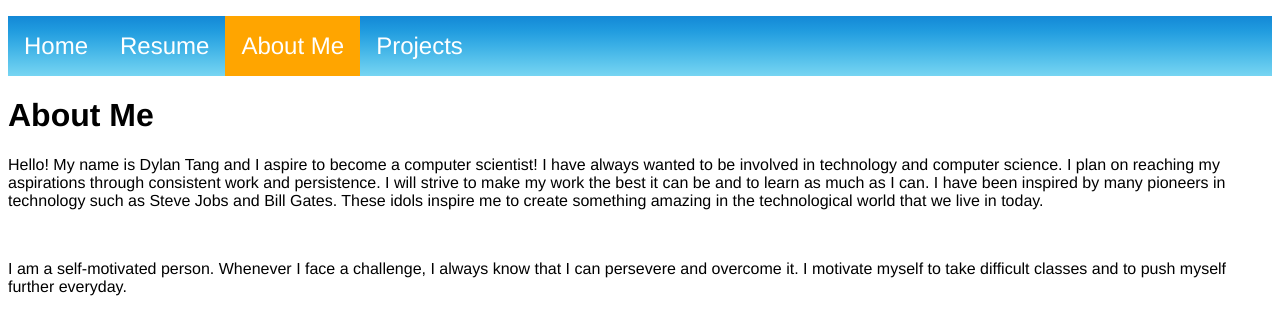
Repository: TangDylan/TangDylan.github.io
Page: aboutme.html
The author's editor kept a record of every edit. The page is drawn from the files as they stood at one moment, then again after the next edit.
The browser window is 1280 px wide. The pictures show the whole page.

Above is the page before.

### aboutme.html
<!DOCTYPE html>
<html>
    <head>

        <title>About Me</title>

        <link rel="stylesheet" type="text/css" href="style.css">

    </head>

    <body>

      <ul class="navbar">
        <li><a href="index.html">Home</a></li>
        <li><a href="resume.html">Resume</a></li>
        <li class="active"><a href="aboutme.html">About Me</a></li>
        <li class="dropdown">
          <div>Projects</div>
          <ul class="dropdown-content">
            <li><a href="project1.html">Project 1</a></li>
            <li><a href="project2.html">Project 2</a></li>
            <li><a href="project3.html">Project 3</a></li>

          </ul>

        </li>

      </ul>

        <h1>
          About Me
        </h1>
        <p font-size=12px>Hello! My name is Dylan Tang and I aspire to become a computer scientist! I have always wanted to be involved in technology and computer science. I plan on reaching my aspirations through consistent work and persistence. I will strive to make my work the best it can be and to learn as much as I can. I have been inspired by many pioneers in technology such as Steve Jobs and Bill Gates. These idols inspire me to create something amazing in the technological world that we live in today.</p>
        <br>
        <p> I am a self-motivated person. Whenever I face a challenge, I always know that I can persevere and overcome it. I motivate myself to take difficult classes and to push myself further everyday. </p>
    </body>

</html>

### style.css


          * {
            font-family:helvetica;
          }

          .navbar {
            list-style:none;
            background-image: linear-gradient(to bottom, #1388d6, #219cdf, #3bb0e6, #59c3ec, #77d5f2);
            overflow:hidden;
            padding:0;

          }

          .navbar a, .dropdown div {
            text-decoration:none;
            color:white;
            font-size:24px;
            padding: 16px;
            display:inline-block
          }

          .navbar li {
            float:left;
          }

          .navbar li:hover {
          background-color: #77d5f2;
          }

          .dropdown-content {
            list-style:none;
            padding:0;
            display:none;
            position:absolute;
            z-index:1;
            background-color:black;
          }

          .dropdown-content li {
            float:none;
          }

          .dropdown:hover .dropdown-content {
           display:block;
           background-image: linear-gradient(to bottom, #ffbf29, #ffc53f, #ffca52, #ffd063, #ffd573);
          }

          .active {
           background-color:orange;
          }

After the next edit:
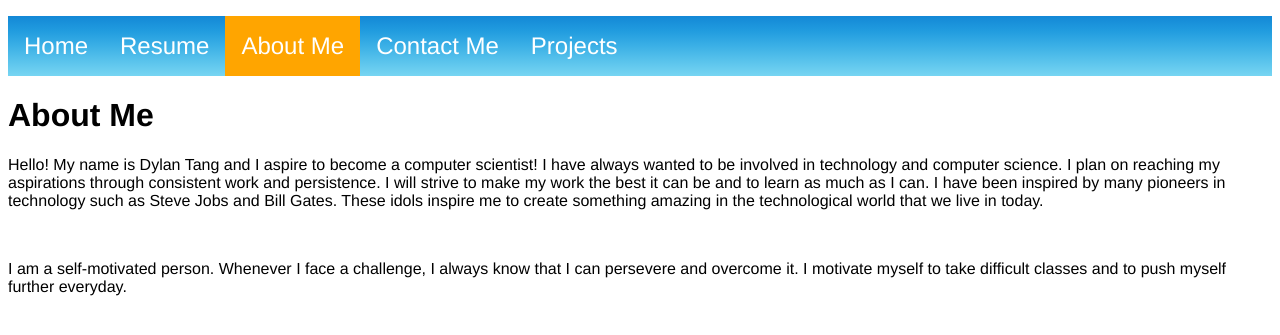
The edit:
--- a/aboutme.html
+++ b/aboutme.html
@@ -14,6 +14,7 @@
         <li><a href="index.html">Home</a></li>
         <li><a href="resume.html">Resume</a></li>
         <li class="active"><a href="aboutme.html">About Me</a></li>
+        <li><a href="contactme.html">Contact Me</a></li>
         <li class="dropdown">
           <div>Projects</div>
           <ul class="dropdown-content">
